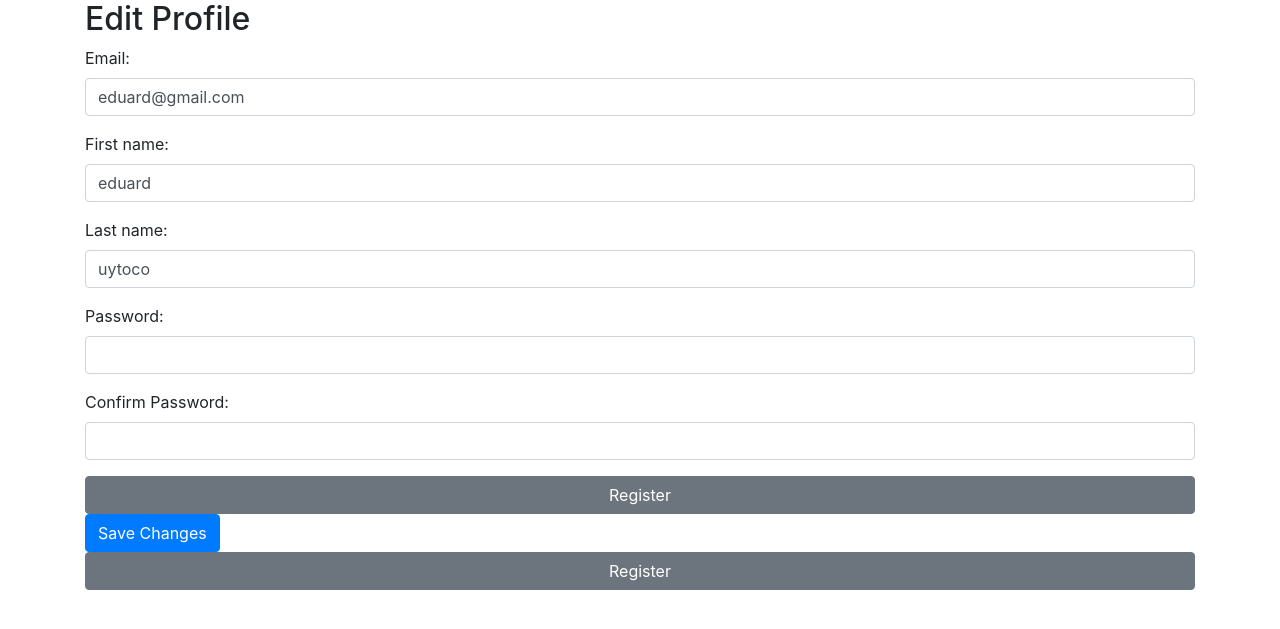
Repository: apps-eduard/TH_MONITORING_v1
Page: http://localhost/user_profile/edit-profile/
The author's editor kept a copy of each file at every save. The page is drawn from the files as they stood at one save, then again after the next save.
The browser window is 1280 px wide. The pictures show the whole page.
Some web libraries are served in a nearby version. The page is served by the project's application, run on Django 5.2 (manage.py). The first stored user is signed in. The page reads the database file committed with the project.

Above is the page before, as saved 2024-03-26 14:14:28.

After the next save:
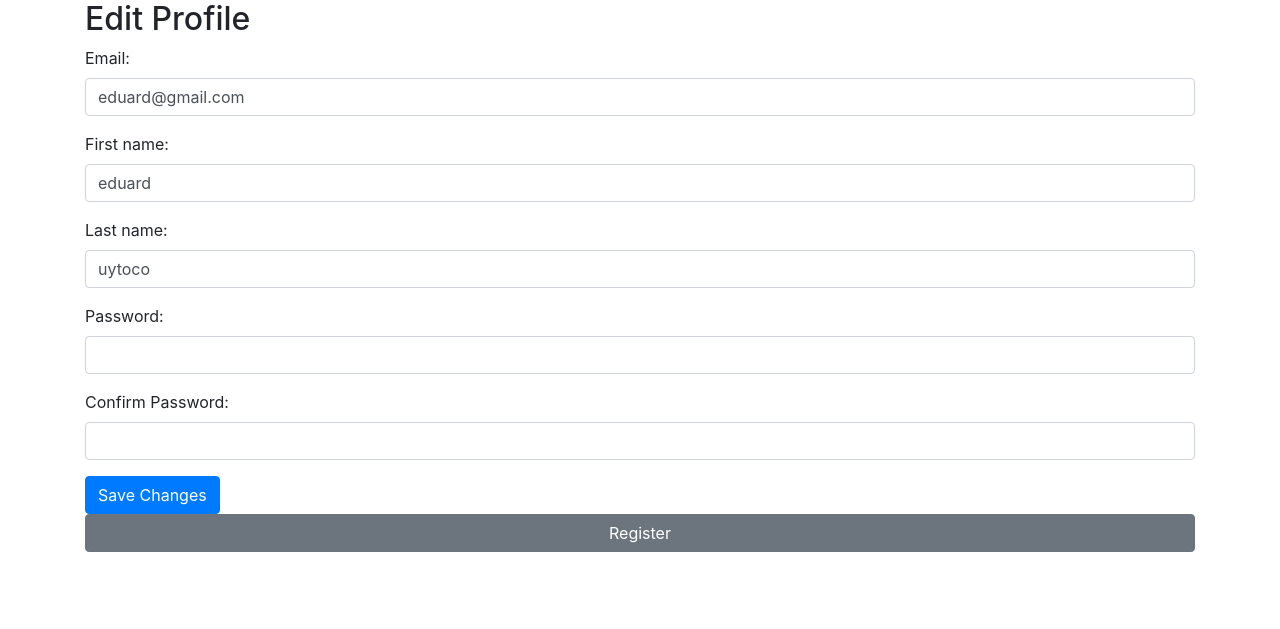
Saved 5 s later.
--- a/user_profile/templates/user_profile/edit_profile.html
+++ b/user_profile/templates/user_profile/edit_profile.html
@@ -8,7 +8,7 @@
         {% csrf_token %}
         {{ form.as_p }}
 
-        <a href="{% url 'user_profile:register' %}" class="btn btn-secondary btn-block">Register</a>
+
 
         <div class="form-group">
             <button type="submit" class="btn btn-primary">Save Changes</button>
